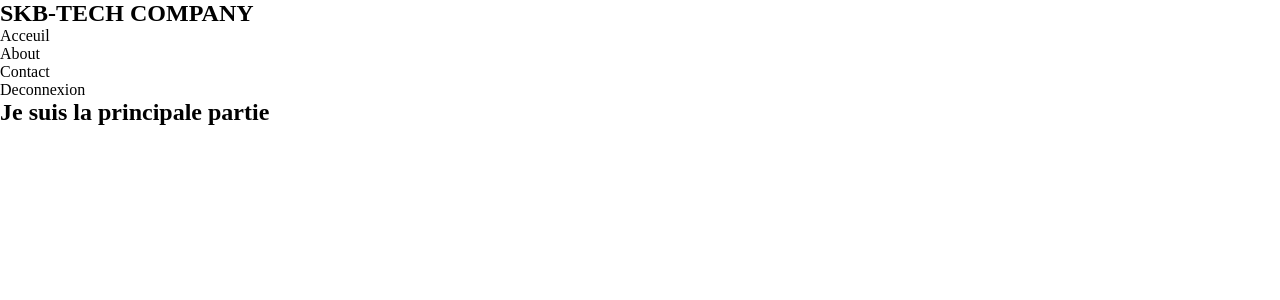
Repository: SKB-TECH/projetExpress
Page: http://localhost/
These files come from the project's save history. The page is drawn as it stood at one moment and after a run of saves; the edit follows.
The browser window is 1280 px wide. The pictures show the whole page.
The page is served by the project's Node server (server.js). Other server files are loaded and not shown.

Above is the page before, as saved 2022-10-21 15:06:03.

### views/main.ejs
<%- include('./includes/header.ejs') %>
<!-- Partie principale  -->
<main>
  <h2>Je suis la principale partie</h2>
</main>

<%- include('./includes/footer.ejs') %>

### views/includes/header.ejs
<!DOCTYPE html>
<html lang="en">
  <head>
    <meta charset="UTF-8" />
    <meta http-equiv="X-UA-Compatible" content="IE=edge" />
    <link
      rel="stylesheet"
      href="https://cdnjs.cloudflare.com/ajax/libs/font-awesome/6.2.0/css/all.min.css"
      integrity="sha512-xh6O/CkQoPOWDdYTDqeRdPCVd1SpvCA9XXcUnZS2FmJNp1coAFzvtCN9BmamE+4aHK8yyUHUSCcJHgXloTyT2A=="
      crossorigin="anonymous"
      referrerpolicy="no-referrer"
    />
    <meta name="viewport" content="width=device-width, initial-scale=1.0" />
    <link rel="stylesheet" href="css/style.css" />
    <title>Project Express</title>
  </head>
  <body>
  <header>
    <nav class="nav-list">
        <span>
            <h1 class="titles1">
                SKB-TECH COMPANY
            </h1>
        </span>
      <div>
        <ul class="list-title">
          <li>Acceuil</li>
          <li>About</li>
          <li>Contact</li>
          <li>Deconnexion</li>
        </ul>
      </div>
    </nav>
  </header>
</html>

### server.js
const express = require('express');
const morgan = require('morgan');
const path = require('path')
const router = require('./routes/router')
const ejs = require('ejs');
const { dirname } = require('path');
const app = express()
/**
    - quelques middlewares pour specification des dossiers
    - specification du moteur de visualisation utilise
 */
app.set('view engine', 'ejs');
app.use('/css', express.static(path.resolve(__dirname, './assets/css')))
app.set('view')
app.use(morgan('tiny'))


// initialisation de toutes routes de l'application
app.use(require('./routes/router'))

// initialisation du server et du port qui va ecoute les requetes du client
app.listen(4000, () => {
    console.log("Serveur lancer deja au port 4000");
})

### controllers/Controllers.js
exports.Home = (req, res) => {
    res.render('main')
}
exports.About = (req, res) => {
    res.render('about')
}
exports.Contact = (req, res) => {
    res.render('contact')
}

### assets/css/style.css
* {
    padding: 0px;
    margin: 0px;
    box-sizing: border-box;
}

header{
    display: flex;
    width: 100%;
}

nav

Loaded but not shown: views/includes/footer.ejs (common file)

After the next 2 saves:
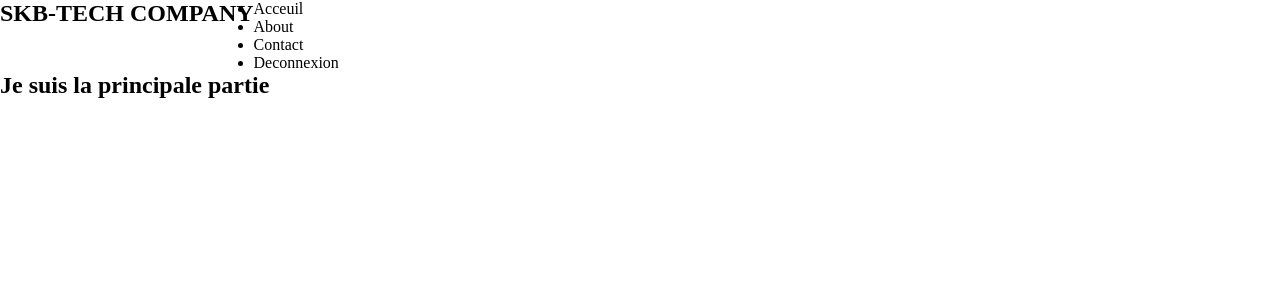
The 2 saves are shown as one change because they came seconds apart.
The last was saved 7 s later.
--- a/assets/css/style.css
+++ b/assets/css/style.css
@@ -4,9 +4,12 @@
     box-sizing: border-box;
 }
 
-header{
+header {
     display: flex;
     width: 100%;
 }
 
-nav
+nav {
+    display: flex;
+
+}
